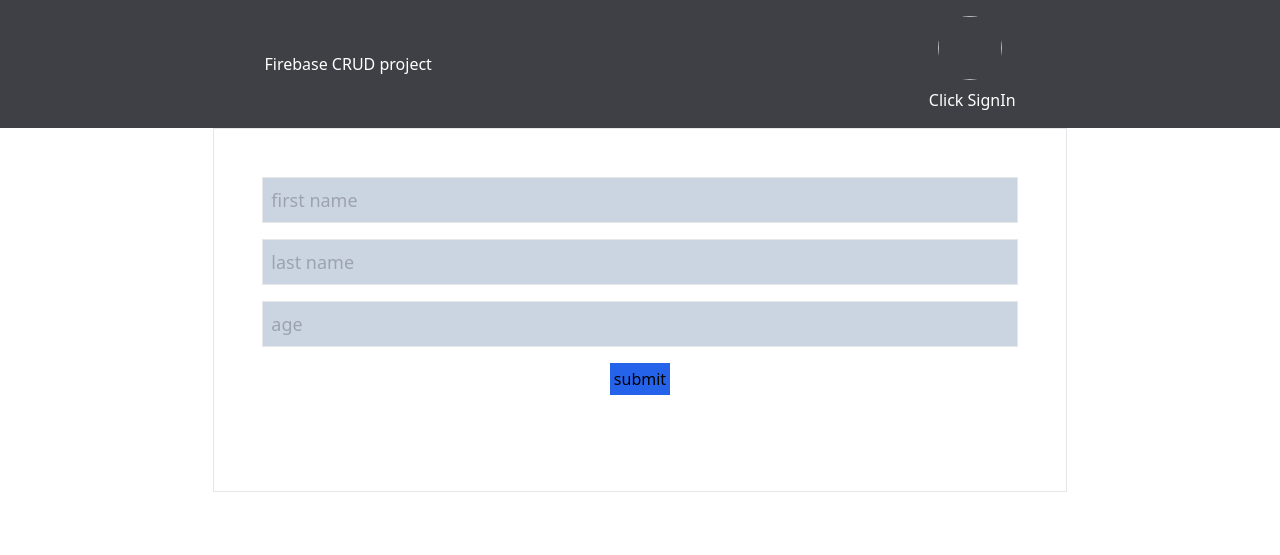
Repository: Semanmernstack/firebase-crud
Page: /
An editor plug-in stored every save of this project. The page is shown before and after the next save, followed by the edit.
The browser window is 1280 px wide. The pictures show the whole page.
The page's requests for data from a server got no answer. The project was rebuilt for these pictures with package versions that can differ from the ones it lists, and the page was loaded fresh each time. No one was signed in, and anything a server would have sent is missing. Also part of the build but not shown: src/components/Regform.js.

Above is the page before, as saved 2023-04-10 02:01:38.

### src/index.css
body {
  margin: 0;

}

@tailwind base;
@tailwind components;
@tailwind utilities;

### src/App.js



import Body from "./components/Body";
import Header from "./components/Header";





function App() {

  return (
    <div className="">
      <Header/>
      <Body/>
    </div>
  );
}

export default App;

### src/components/Body.js
import { addDoc, collection, onSnapshot, serverTimestamp } from 'firebase/firestore';
import React, { useEffect, useState } from 'react'
import { useForm } from 'react-hook-form';
import { db } from '../firebase.';
import Regform from './Regform';

function Body() {

    const [reg, setReg] = useState([])


    useEffect(() =>
        onSnapshot(collection(db, "reg"), (snapshot) => {
            setReg(snapshot.docs.map((doc) => ({ ...doc.data(), id: doc.id })))
        }
        ), []);
    const {
        register,
        handleSubmit,
        formState: { errors },
    } = useForm();
    const onSubmit = async (data) => {
        await addDoc(collection(db, "reg"), {
            ...data,
            timestamp:serverTimestamp()

        })
        console.log(data)

    };


  return (
    <div className="p-8 text-black flex flex-col w-2/3 border mx-auto ">
        <form className='flex flex-col p-4 gap-4 items-center justify-center text-center' onSubmit={handleSubmit(onSubmit)}>
            <input className="w-full p-2 border outline-none bg-slate-300 text black text-lg "  placeholder='first name'  {...register('firstName')} />
            <input className="w-full p-2 border outline-none bg-slate-300 text black text-lg "  placeholder='last name' {...register('lastName', { required: true })} />
            {errors.lastName && <p>Last name is required.</p>}
            <input className="w-full p-2 border outline-none bg-slate-300 text black text-lg "  placeholder='age' {...register('age', { pattern: /\d+/ })} />
            {errors.age && <p>Please enter number for age.</p>}




            <button className='bg-blue-600 hover:scale-90 ease-out cursor-pointer   p-1' type="submit">submit</button>
        </form>

        <div className='p-6'>
            {reg?.map((r) => (


                <Regform
                    key={r.id}
                    id={r.id}
                    age={r.age}
                    firstName={r.firstName}
                    lastName={r.lastName}

                />
            ))}
            <div>

            </div>

        </div>


    </div>
  )
}

export default Body

### src/components/Header.js


import Login from "./Login"


function Header() {



  return (
    <nav className="flex items-center justify-around bg-zinc-700 text-white p-4">
        <div>
            <h1> Firebase CRUD project</h1>
        </div>
        <Login/>

    </nav>


  )
}

export default Header

### src/firebase..js
import { initializeApp } from "firebase/app";
import { getAuth, GoogleAuthProvider } from "firebase/auth";
import { getFirestore } from "firebase/firestore";
import { getStorage } from "firebase/storage";
// TODO: Add SDKs for Firebase products that you want to use
// https://firebase.google.com/docs/web/setup#available-libraries

// Your web app's Firebase configuration
const firebaseConfig = {
  apiKey: "AIzaSyBgS0aivKoq6PRjPIzLlCpHxI0D8M1DMtw",
  authDomain: "school-81c7d.firebaseapp.com",
  projectId: "school-81c7d",
  storageBucket: "school-81c7d.appspot.com",
  messagingSenderId: "524069258489",
  appId: "1:524069258489:web:11c09d32a06e9a8b970e28"
};

// Initialize Firebase
const app = initializeApp(firebaseConfig);
const auth = getAuth(app);
const provider = new GoogleAuthProvider();
const db = getFirestore(app)
export const storage = getStorage(app)

export { auth, provider, db }

### src/components/Login.js
import { onAuthStateChanged, signInWithPopup } from 'firebase/auth'
import React, { useEffect, useState } from 'react'
import { auth, provider } from '../firebase.'


function Login() {
    const [user, setUser] = useState("")
    useEffect(() => {

        onAuthStateChanged(auth, (user) => {
            console.log(user)
          if (user) {
            setUser(user)
          }
        })

      }, [])





    const signIn = () => {
       try {
            signInWithPopup(auth, provider)
       }
       catch (error) {
            alert(error.message)
       }
    }
  return (
    <div className="flex flex-col items-center gap-2">
        <div className="flex gap-1 items-center">
            <img className='rounded-full h-16 w-16' src={user.photoURL} alt="" />
            <h1>{user?.displayName}</h1>
        </div>
        <div>
            <button onClick={signIn} >Click SignIn</button>
        </div>



    </div>
  )
}

export default Login

Loaded but not shown: public/index.html (common file); src/index.js (common file); src/reportWebVitals.js (common file); tailwind.config.js (common file)

After the next save:
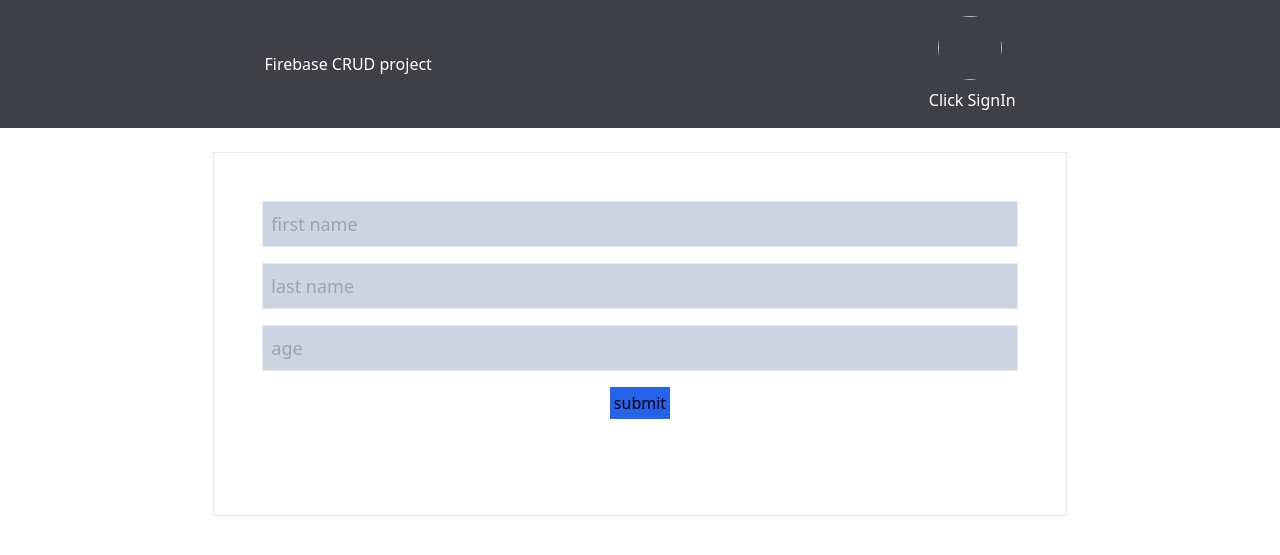
Saved 92 s later.
--- a/src/components/Body.js
+++ b/src/components/Body.js
@@ -31,7 +31,7 @@ function Body() {
 
 
   return (
-    <div className="p-8 text-black flex flex-col w-2/3 border mx-auto ">
+    <div className="p-8 text-black flex flex-col w-2/3 border mt-6 mx-auto ">
         <form className='flex flex-col p-4 gap-4 items-center justify-center text-center' onSubmit={handleSubmit(onSubmit)}>
             <input className="w-full p-2 border outline-none bg-slate-300 text black text-lg "  placeholder='first name'  {...register('firstName')} />
             <input className="w-full p-2 border outline-none bg-slate-300 text black text-lg "  placeholder='last name' {...register('lastName', { required: true })} />
@@ -45,7 +45,7 @@ function Body() {
             <button className='bg-blue-600 hover:scale-90 ease-out cursor-pointer   p-1' type="submit">submit</button>
         </form>
 
-        <div className='p-6'>
+        <div className='p-6 '>
             {reg?.map((r) => (
 
 
